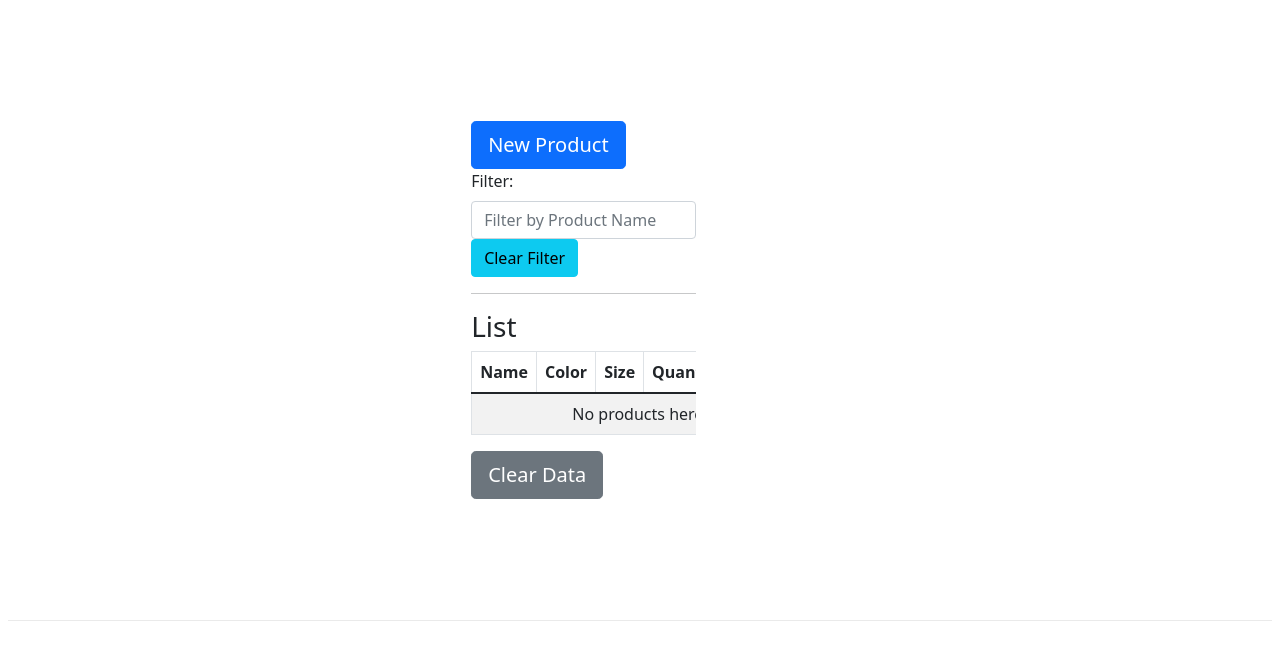
Repository: vperea95/crud-next
Page: /
These files come from the project's save history. The page is drawn as it stood at one moment and after the next save; the edit follows.
The browser window is 1280 px wide. The pictures show the whole page.
The project was rebuilt for these pictures with package versions that can differ from the ones it lists, and the page was loaded fresh each time. The framework's server and built-in components were replaced by stand-ins that run in the browser. Also part of the build but not shown: next.config.js, components/lineItems/nestedFieldArrays.js, components/lineItems/prueba.js.

Above is the page before, as saved 2021-11-20 09:27:38.

### pages/index.js
import Head from 'next/head'
import Image from 'next/image'
import styles from '../styles/Home.module.css'
import App from './app'

export default function Home() {
  return (
    <div className={styles.container}>
      <Head>
        <title>Create Next App</title>
        <meta name="description" content="Generated by create next app" />
        <link rel="icon" href="/favicon.ico" />
      </Head>

      <main className={styles.main}>
        <App/>
      </main>

      <footer className={styles.footer}>

      </footer>
    </div>
  )
}

### pages/app.js
import React from "react";
import Container from "react-bootstrap/Container";
import { Row, Col } from "react-bootstrap";

import AddProduct from "../components/AddProduct";
import FilterProducts from "../components/FilterProducts";
import ListProducts from "../components/ListProducts";

function App() {
  return (
    <Container className="p-3">
      <Col>
          <AddProduct />
        </Col>
        <Col className="col-8">
          <FilterProducts />
          <hr />
          <ListProducts />
        </Col>
    </Container>
  );
}

export default App;

### components/AddProduct.js
import React, { useState } from "react";
import { Button} from "react-bootstrap";
import CreateModal from "./modals/AddProduct";


const AddProduct = () => {
  const [showCreate, setShowCreate] = useState(false);
  const handleCreateClose = () => setShowCreate(false);
  const handleCreateShow = () => setShowCreate(true);
  const CreateProduct = () => {
    handleCreateShow();
  };
  return (
    <>
        <Button variant="primary" size="lg" onClick={() => CreateProduct()}>
          New Product
        </Button>

        <CreateModal
          show={showCreate}
          handleClose={handleCreateClose}
        />
    </>
  );
};

export default AddProduct;

### components/FilterProducts.js
import React from "react";
import { useRecoilState } from "recoil";

import { filterProductsValue } from "../store";
import { Form, Button } from "react-bootstrap";

const FilterProducts = () => {
  const [filterProductsState, filterProducts] = useRecoilState(
    filterProductsValue
  );

  const filter = (event) => {
    const { value } = event.target;
    filterProducts(value);
  };

  const clearFilter = () => filterProducts("");

  return (
    <Form>
      <Form.Group controlId="name">
        <Form.Label>Filter:</Form.Label>
        <Form.Control
          type="text"
          placeholder="Filter by Product Name"
          value={filterProductsState}
          onChange={(e) => filter(e)}
        />
      </Form.Group>

      <Button variant="info" onClick={() => clearFilter()}>
        Clear Filter
      </Button>
    </Form>
  );
};

export default FilterProducts;

### components/ListProducts.js
import React, { useState } from "react";
import { Table, Button } from "react-bootstrap";

import { useRecoilValue, useResetRecoilState } from "recoil";
import { filterProducts, filterProductsValue, products } from "../store";
import EditModal from "./modals//EditModal";
import DeleteModal from "./modals/DeleteModal";

const ListProducts = () => {
  const productsState = useRecoilValue(filterProducts);
  const resetList = useResetRecoilState(products);
  const resetfilterProductsValue = useResetRecoilState(filterProductsValue);

  // Modals
  const [showEdit, setShowEdit] = useState(false);
  const [showDelete, setShowDelete] = useState(false);
  const [userId4Actions, setUserId4Actions] = useState(0);



  const handleEditClose = () => setShowEdit(false);
  const handleEditShow = () => setShowEdit(true);

  const handleDeleteClose = () => setShowDelete(false);
  const handleDeleteShow = () => setShowDelete(true);

  const resetAtoms = () => {
    resetList();
    resetfilterProductsValue();
  };

  const editProduct = (id) => {
    handleEditShow();
    setUserId4Actions(id);
  };

  const deleteProduct = (id) => {
    handleDeleteShow();
    setUserId4Actions(id);
  };

  return (
    <>
      <h3>List</h3>

      <Table striped bordered hover responsive>
        <thead>
          <tr>
            <th>Name</th>
            <th>Color</th>
            <th>Size</th>
            <th>Quantity</th>
            <th>Actions</th>
          </tr>
        </thead>
        <tbody>
          {!productsState.length ? (
            <tr>
              <td colSpan="5" style={{ textAlign: "center" }}>
                No products here.
              </td>
            </tr>
          ) : (
            productsState.map((item, index) => (
              <tr key={item.id}>
                <td>{item.name}</td>
                <td>{item.color}</td>
                <td>{item.size}</td>
                <td>{item.quantity}</td>
                <td colSpan="2">
                  <Button
                    variant="secondary"
                    onClick={() => editProduct(item.id)}
                  >
                    Edit
                  </Button>{" "}
                  {" | "}
                  <Button
                    variant="danger"
                    onClick={() => deleteProduct(item.id)}
                  >
                    Delete
                  </Button>
                </td>
              </tr>
            ))
          )}
        </tbody>
      </Table>

      <Button variant="secondary" size="lg" onClick={() => resetAtoms()}>
        Clear Data
      </Button>

      <EditModal
        show={showEdit}
        id={userId4Actions}
        handleClose={handleEditClose}
      />


      <DeleteModal
        show={showDelete}
        id={userId4Actions}
        handleClose={handleDeleteClose}
      />
    </>
  );
};

export default ListProducts;

### components/modals/AddProduct.js
import React, { useState } from "react";
import { Button, Form, Modal } from "react-bootstrap";
import FieldArray from "../lineItems/nestedFieldArrays";
import { useSetRecoilState } from "recoil";
import { v4 as uuid4 } from "uuid";
import { products } from "../../store";
import { useForm } from "react-hook-form";
import Prueba from '../lineItems/prueba'
import { v4 as uuidv4 } from 'uuid';





const AddProduct = (props) => {
  const { show, id, handleClose } = props;
  const [name, setName] = useState("");
  const [color, setColor] = useState("");
  const [size, setSize] = useState(0.0);
  const [quantity, setQuantity] = useState(0);
  const [Item, setItem] = useState('');

  const setProducts = useSetRecoilState(products);

  const onChangeName = (e) => {
    setName(e.target.value);
  };

  const onChangeColor = (e) => {
    setColor(e.target.value);
  };

  const onChangeSize = (e) => {
    setSize(e.target.value);
  };

  const onChangeQuantity = (e) => {
    setQuantity(e.target.value);
  };
  const onChangeItem= (e) => {
    setItem(e.target.value);
  };

  const addProduct = () => {
    setProducts((oldList) => [
      ...oldList,
      {
        id: uuid4(),
        name: name,
        color: color,
        size: size,
        quantity: quantity,
        item: Item,
      },
    ]);

    resetForm();
    handleClose();
  };

  const resetForm = () => {
    setName("");
    setColor("");
    setSize(0.0);
    setQuantity(0);
    setItem('');
  };


  //---------------------------------------------- input dinamicos----------------------------------------------
  const [inputFields, setInputFields] = useState([
    { id: uuidv4(), firstName: '' },
  ]);
  console.log(inputFields)

  // const handleSubmit = (e) => {
  //   e.preventDefault();
  //   console.log("InputFields", inputFields);
  // };

  const handleChangeInput = (id, event) => {
    const newInputFields = inputFields.map(i => {
      if (id === i.id) {
        i[event.target.name] = event.target.value
      }
      return i;
    })

    setInputFields(newInputFields);
  }

  const handleAddFields = (e) => {
    e.preventDefault();
    setInputFields([...inputFields, { id: uuidv4(), firstName: '' }])
  }

  const handleRemoveFields = id => {
    const values = [...inputFields];
    values.splice(values.findIndex(value => value.id === id), 1);
    setInputFields(values);
  }

  return (
    <>

      <Modal show={show} onHide={handleClose}>
        <Modal.Header closeButton>
          <Modal.Title>New Product</Modal.Title>
          <button onClick={handleAddFields}>
                    ADD LINE ITEM
                  </button>
        </Modal.Header>
        <Modal.Body>
          <Form>
            <Form.Group controlId="name">
              <Form.Label>Name:</Form.Label>
              <Form.Control
                type="text"
                value={name}
                placeholder="Enter the Product Name"
                onChange={(e) => onChangeName(e)}
              />
            </Form.Group>

            <Form.Group controlId="color">
              <Form.Label>Color:</Form.Label>
              <Form.Control
                type="text"
                value={color}
                placeholder="Enter the Product Color"
                onChange={(e) => onChangeColor(e)}
              />
            </Form.Group>

            <Form.Group controlId="size">
              <Form.Label>Size:</Form.Label>
              <Form.Control
                type="number"
                value={size}
                placeholder="Enter the Product Size"
                onChange={(e) => onChangeSize(e)}
              />
            </Form.Group>

            <Form.Group controlId="quantity">
              <Form.Label>Quantity:</Form.Label>
              <Form.Control
                type="number"
                value={quantity}
                placeholder="Enter the Product Quantity"
                onChange={(e) => onChangeQuantity(e)}
              />
            </Form.Group>
            <Form.Group controlId="lineItems">
              <Form.Label>lineItems:</Form.Label>
              {inputFields.map(inputField => (
                <div key={inputField.id}>
                  <Form.Control
                    value={Item}
                    placeholder={'Enter the Name'}
                    onChange={event => handleChangeInput(inputField.id, event)}
                  />
                  <button disabled={inputFields.length === 1} onClick={() => handleRemoveFields(inputField.id)}>
                    -
                  </button>
                </div>
              ))}

            </Form.Group>

          </Form>
          {/* <FieldArray
        {...{ control, register, getValues, defaultValues, setValue, errors }}
      /> */}
        </Modal.Body>
        <Modal.Footer>


          <Button variant="secondary" onClick={() => handleClose()}>
            Close
          </Button>
          <Button variant="primary" size="lg" onClick={() => addProduct()}>
            Add
          </Button>
        </Modal.Footer>
      </Modal>

    </>
  );
};

export default AddProduct;

// function replaceProduct(products, i, newVal) {
//   return [...products.slice(0, i), newVal, ...products.slice(i + 1)];
// }

### store/index.js
export { products, filterProductsValue } from "./atom";
export { filterProducts } from "./selector";

### components/modals/EditModal.js
import React, { useState } from "react";
import { Button, Form, Modal } from "react-bootstrap";
import { useRecoilState } from "recoil";
import { products } from "../../store";

const EditModal = (props) => {
  const { show, id, handleClose } = props;

  const [productList, setProductList] = useRecoilState(products);
  const product = productList.length
    ? productList.find((item) => item.id === id)
    : null;
  const index = productList.findIndex((item) => item === product);

  const [name, setName] = useState("");
  const [color, setColor] = useState("");
  const [size, setSize] = useState(0.0);
  const [quantity, setQuantity] = useState(0);

  const onChangeName = (e) => {
    setName(e.target.value);
  };

  const onChangeColor = (e) => {
    setColor(e.target.value);
  };

  const onChangeSize = (e) => {
    setSize(e.target.value);
  };

  const onChangeQuantity = (e) => {
    setQuantity(e.target.value);
  };

  const updateProduct = () => {
    const newList = replaceProduct(productList, index, {
      ...product,
      name: name,
      color: color,
      size: size,
      quantity: quantity,
    });

    setProductList(newList);
    handleClose();
  };

  return (
    <>
      {product ? (
        <Modal show={show} onHide={handleClose}>
          <Modal.Header closeButton>
            <Modal.Title>Edit the Product</Modal.Title>
          </Modal.Header>
          <Modal.Body>
            <Form>
              <Form.Group controlId="name">
                <Form.Label>Name</Form.Label>
                <Form.Control
                  type="text"
                  placeholder="Enter the Product Name"
                  defaultValue={product.name}
                  onChange={(e) => onChangeName(e)}
                />
              </Form.Group>

              <Form.Group controlId="color">
                <Form.Label>Color</Form.Label>
                <Form.Control
                  type="text"
                  placeholder="Enter the Product Color"
                  defaultValue={product.color}
                  onChange={(e) => onChangeColor(e)}
                />
              </Form.Group>

              <Form.Group controlId="size">
                <Form.Label>Size</Form.Label>
                <Form.Control
                  type="number"
                  placeholder="Enter the Product Size"
                  defaultValue={product.size}
                  onChange={(e) => onChangeSize(e)}
                />
              </Form.Group>

              <Form.Group controlId="quantity">
                <Form.Label>Quantity</Form.Label>
                <Form.Control
                  type="number"
                  placeholder="Enter the Product Quantity"
                  defaultValue={product.quantity}
                  onChange={(e) => onChangeQuantity(e)}
                />
              </Form.Group>
            </Form>
          </Modal.Body>
          <Modal.Footer>
            <Button variant="secondary" onClick={() => handleClose()}>
              Close
            </Button>
            <Button variant="primary" onClick={() => updateProduct()}>
              Save Changes
            </Button>
          </Modal.Footer>
        </Modal>
      ) : (
        ""
      )}
    </>
  );
};

function replaceProduct(products, i, newVal) {
  return [...products.slice(0, i), newVal, ...products.slice(i + 1)];
}

export default EditModal;

### components/modals/DeleteModal.js
import React from "react";
import { Button, Modal } from "react-bootstrap";
import { useRecoilState } from "recoil";

import { products } from "../../store";

const DeleteModal = (props) => {
  const { show, id, handleClose } = props;


  const [productList, setProductList] = useRecoilState(products);
  const product = productList.length
    ? productList.find((item) => item.id === id)
    : null;
  const index = productList.findIndex((item) => item === product);

  const deleteProduct = () => {
    setProductList(removeProduct(productList, index));
    handleClose();
  };

  return (
    <>
      {product ? (
        <Modal show={show} onHide={handleClose}>
          <Modal.Header closeButton>
            <Modal.Title>Delete the Product</Modal.Title>
          </Modal.Header>
          <Modal.Body>Are you sure?</Modal.Body>
          <Modal.Footer>
            <Button variant="secondary" onClick={() => handleClose()}>
              Close
            </Button>
            <Button variant="primary" onClick={() => deleteProduct()}>
              Yes, Do it.
            </Button>
          </Modal.Footer>
        </Modal>
      ) : (
        ""
      )}
    </>
  );
};

function removeProduct(products, i) {
  return [...products.slice(0, i), ...products.slice(i + 1)];
}

export default DeleteModal;

### store/atom.js
import { atom } from "recoil";

export const products = atom({
  key: "products",
  default: [],
});

export const filterProductsValue = atom({
  key: "filterProductsValue",
  default: "",
});

### store/selector.js
import { selector } from "recoil";
import { products, filterProductsValue } from ".";

export const filterProducts = selector({
  key: "filterProducts",
  get: ({ get }) => {
    const productsState = get(products);
    const filterProductsValueState = get(filterProductsValue);

    if (filterProductsValueState.length) {
      return productsState.filter(
        (item) => item.name.includes(filterProductsValueState.trim()) && item
      );
    }
    return products;
  },
});

Loaded but not shown: pages/_app.js (common file); styles/globals.css (common file); styles/Home.module.css (common file)

After the next save:
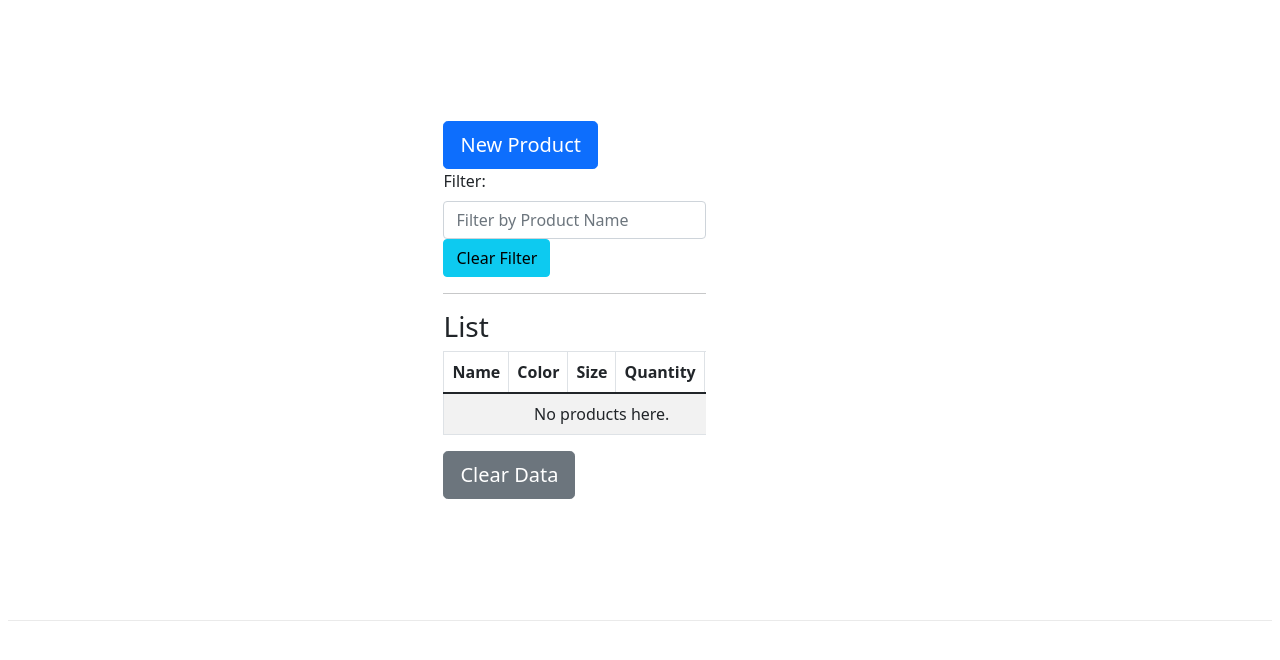
Saved 78 s later.
--- a/components/ListProducts.js
+++ b/components/ListProducts.js
@@ -50,6 +50,7 @@ const ListProducts = () => {
             <th>Color</th>
             <th>Size</th>
             <th>Quantity</th>
+            <th>Item</th>
             <th>Actions</th>
           </tr>
         </thead>
@@ -67,6 +68,7 @@ const ListProducts = () => {
                 <td>{item.color}</td>
                 <td>{item.size}</td>
                 <td>{item.quantity}</td>
+                <td>{item.Item}</td>
                 <td colSpan="2">
                   <Button
                     variant="secondary"
